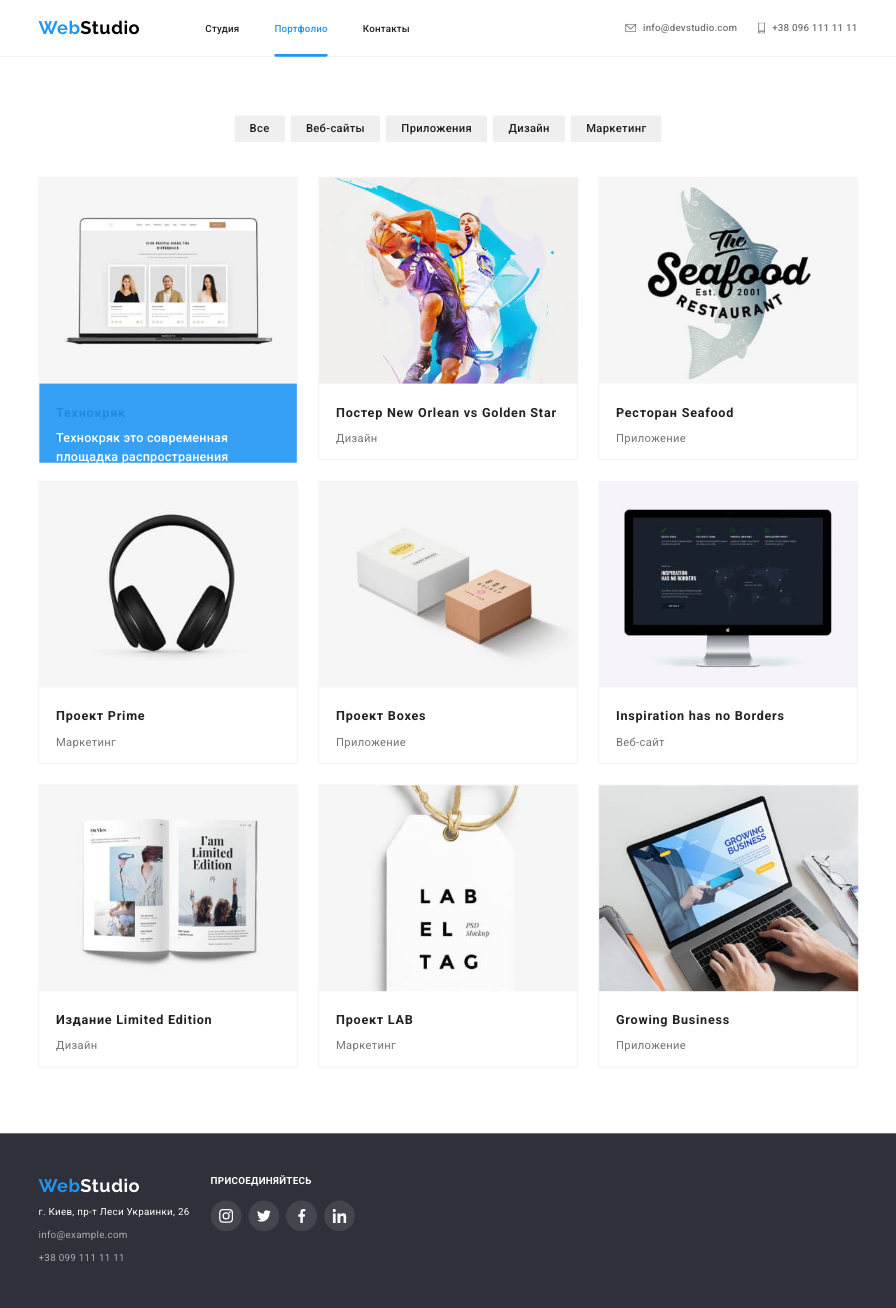
Repository: UliyaKucherernko/home-work-8
Page: porfolio.html
These files come from the project's save history. The page is drawn as it stood at one moment and after the next save; the edit follows.
The browser window is 1280 px wide. The pictures show the whole page, at 70% of full size.

Above is the page before, as saved 2021-04-14 11:30:31.

After the next save:
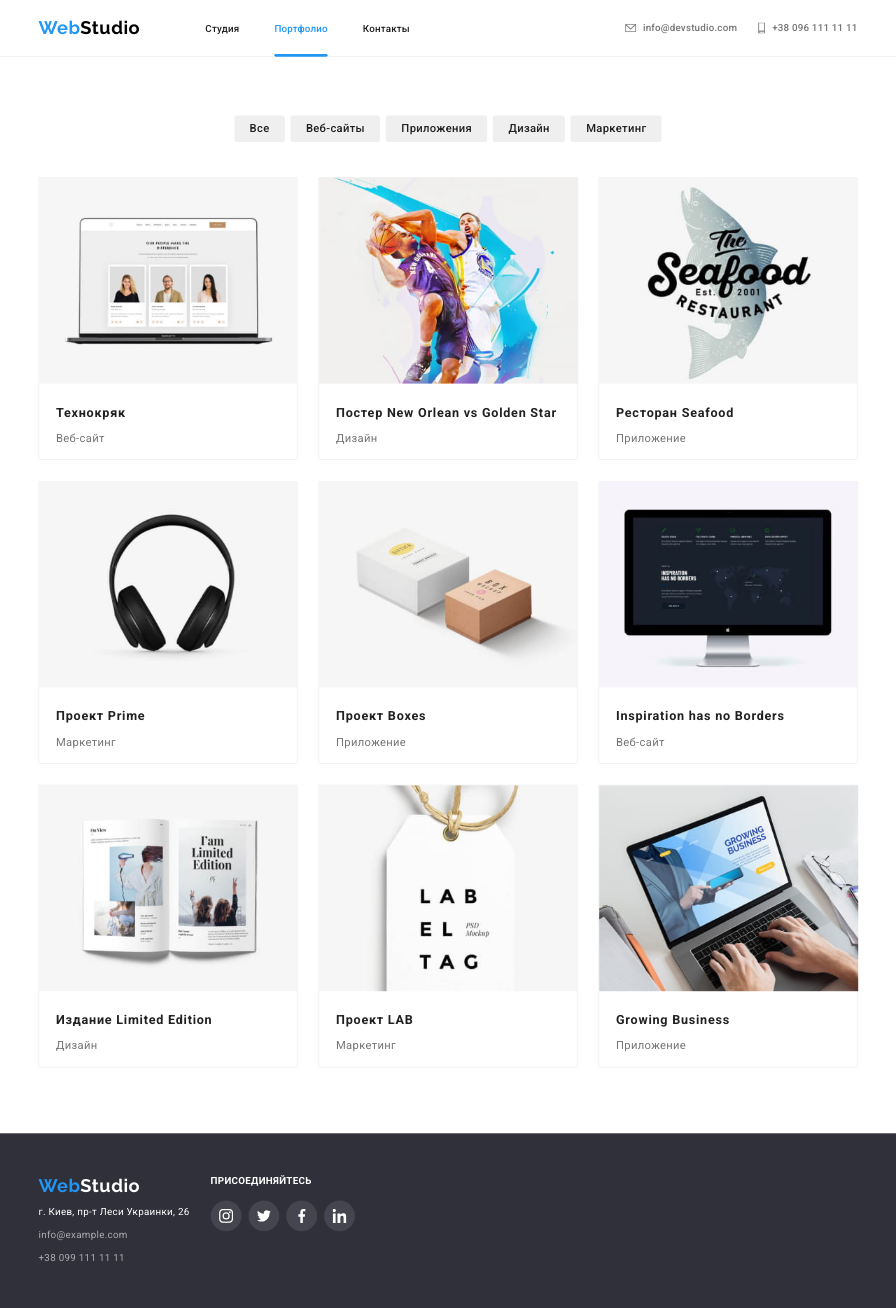
Saved 3 min 3 s later.
--- a/css/styles.css
+++ b/css/styles.css
@@ -396,11 +396,12 @@
   width: 370px;
   height: 294px;
   background-color: rgba(33, 150, 243, 0.9);
-  /* opacity: 0; */
+  opacity: 0;
 }
 
 .gallery-card:hover .gallery-overlay {
   transform: translateY(0%);
+  opasity: 1;
 }
 
 .filtrs {

After the 2 saves that followed:
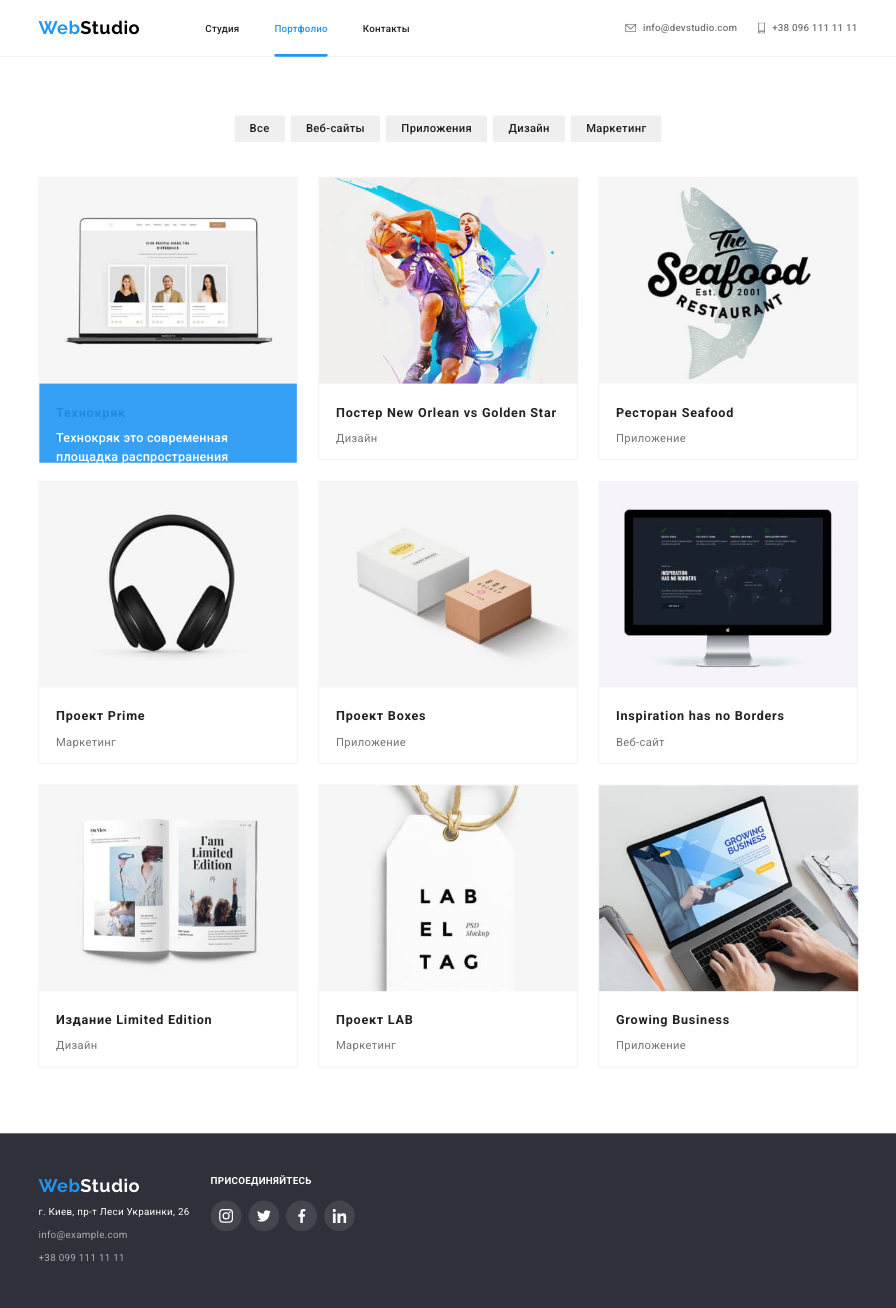
The 2 saves are shown as one change because 1 left the picture as it was.
The last was saved 118 s later.
--- a/css/styles.css
+++ b/css/styles.css
@@ -396,12 +396,11 @@
   width: 370px;
   height: 294px;
   background-color: rgba(33, 150, 243, 0.9);
-  opacity: 0;
+  /*  opacity: 0; */
 }
 
 .gallery-card:hover .gallery-overlay {
-  transform: translateY(0%);
-  opasity: 1;
+  transform: translateY(50%);
 }
 
 .filtrs {
